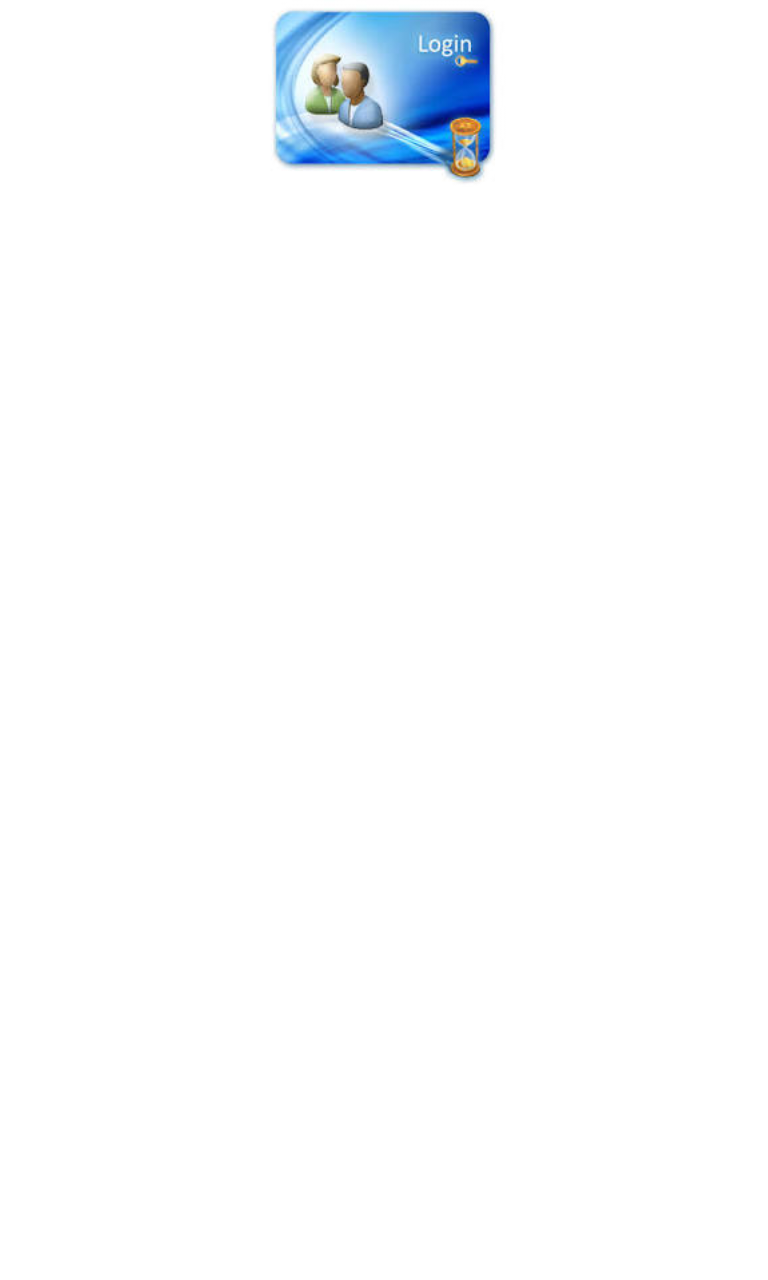
Repository: droidexample/some-practises-sample-example
Layout: CustomDialogLayout/res/layout/login_dialog.xml
An editor plug-in stored every save of this project. The layout is shown before and after the next save, followed by the edit.
It is drawn on a 768 x 1280 px phone screen (xhdpi) without system bars, with theme AppTheme; the app's code is not run.

Above is the layout before, as saved 2015-06-15 08:11:32.

### CustomDialogLayout/res/layout/login_dialog.xml
<?xml version="1.0" encoding="utf-8"?>
<LinearLayout xmlns:android="http://schemas.android.com/apk/res/android"
    android:layout_width="match_parent"
    android:layout_height="match_parent"
    android:orientation="vertical" >

    <ImageView
        android:id="@+id/imageView1"
        android:layout_width="wrap_content"
        android:layout_height="wrap_content"
        android:layout_gravity="center"
        android:src="@drawable/index" />

</LinearLayout>

Loaded but not shown: CustomDialogLayout/res/values/styles.xml (common file); CustomDialogLayout/res/values-v11/styles.xml (common file); CustomDialogLayout/res/values-v14/styles.xml (common file)

After the next save:
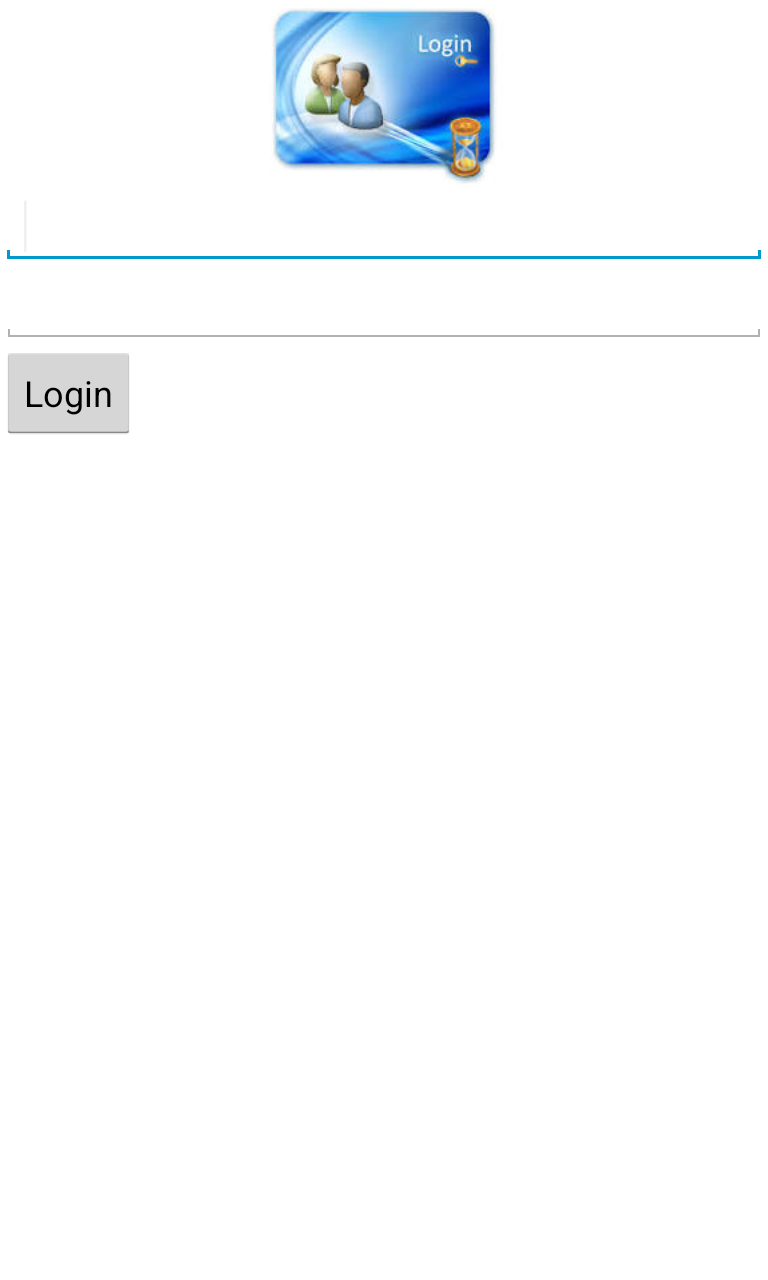
Saved 39 s later.
--- a/CustomDialogLayout/res/layout/login_dialog.xml
+++ b/CustomDialogLayout/res/layout/login_dialog.xml
@@ -11,4 +11,28 @@
         android:layout_gravity="center"
         android:src="@drawable/index" />
 
+    <EditText
+        android:id="@+id/editText1"
+        android:layout_width="match_parent"
+        android:layout_height="wrap_content"
+        android:ems="10"
+        android:inputType="textPersonName" >
+
+        <requestFocus />
+    </EditText>
+
+    <EditText
+        android:id="@+id/editText2"
+        android:layout_width="match_parent"
+        android:layout_height="wrap_content"
+        android:ems="10"
+        android:inputType="textPassword" />
+
+    <Button
+        android:id="@+id/button1"
+        android:layout_width="wrap_content"
+        android:layout_height="wrap_content"
+        android:onClick="login"
+        android:text="Login" />
+
 </LinearLayout>
